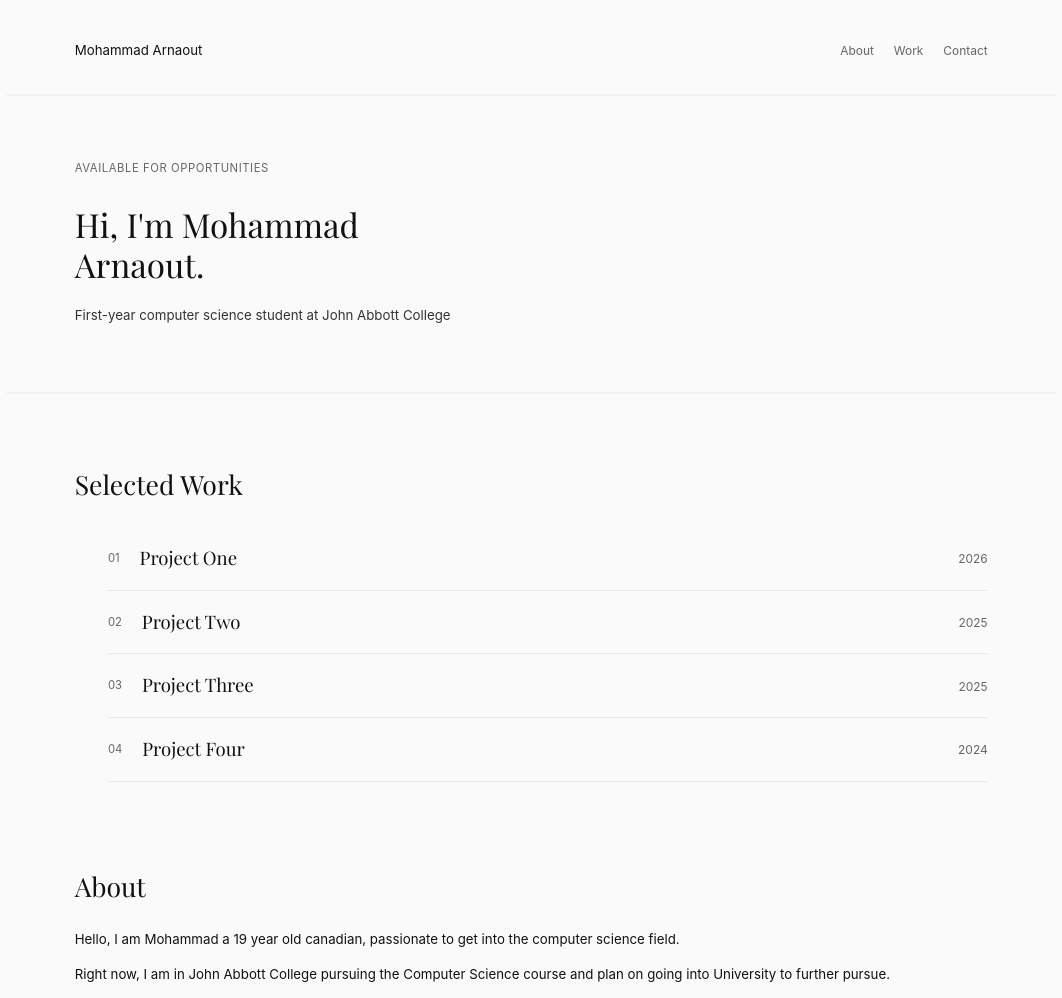
Repository: Moh-Arna/Moh-Arna
Page: index.html
An editor plug-in stored every save of this project. The page is shown before and after the next save, followed by the edit.
The browser window is 1280 px wide. The pictures show the whole page, at 83% of full size.
Some web fonts or font styles are not loaded; a fallback is used.

Above is the page before, as saved 2026-04-22 10:29:52.

### index.html
<!DOCTYPE html>
<html lang=""en>
<head>
  <meta charset="UTF-8">
  <meta name="viewport" content="width=device-width, initial-scale=1.0">
  <title>[Mohammad Arnaout] — Portfolio</title>

  <link rel="stylesheet" href="styles/globals.css">
  <link rel="stylesheet" href="styles/index.css">
</head>

<body>

    <header class="header">

    <div class="container header-inner">

        <a href="/" class="name">Mohammad Arnaout</a>

        <nav aria-label="Main Navigation">

            <ul class="nav">

                <li>
                    <a href="#about">About</a>
                </li>

                <li>
                    <a href="#work">Work</a>
                </li>

                <li>
                    <a href="#contact">Contact</a>
                </li>

            </ul>

        </nav>

    </div>

</header>

<main>

    <section class="hero">

        <div class="container">
            <p class="top-paragraph">Available for opportunities</p>
            <h1>Hi, I'm Mohammad Arnaout.</h1>
            <p class="bottom-paragraph">First-year computer science student at John Abbott College</p>
        </div>

    </section>

    <section class="work">

      <div class="container">

        <h2 class="section-title">Selected Work</h2>

        <ol class="work-list">

          <li>
            <a href="project-details.html" class="work-item">
              <span class="work-number">01</span>
              <span class="work-title">Project One</span>
              <span class="work-year">2026</span>
            </a>
          </li>

          <li>
            <a href="project-details.html" class="work-item">
              <span class="work-number">02</span>
              <span class="work-title">Project Two</span>
              <span class="work-year">2025</span>
            </a>
          </li>

          <li>
            <a href="project-details.html" class="work-item">
              <span class="work-number">03</span>
              <span class="work-title">Project Three</span>
              <span class="work-year">2025</span>
            </a>
          </li>

          <li>
            <a href="project-details.html" class="work-item">
              <span class="work-number">04</span>
              <span class="work-title">Project Four</span>
              <span class="work-year">2024</span>
            </a>
          </li>

        </ol>

      </div>

    </section>

    <section class="about">

        <div class="container">

            <h2 class="section-title">About</h2>

            <p>
                Hello, I am Mohammad a 19 year old canadian, passionate to get into the computer science field.
            </p>

            <p>
                Right now, I am in John Abbott College pursuing the Computer Science course and plan on going into University to further pursue.
            </p>

        </div>

    </section>


</main>

</body>

</html>

### styles/globals.css
@font-face {
  font-family: 'Playfair Display';
  src: url('../assets/fonts/Playfair_Display/PlayfairDisplay-VariableFont_wght.ttf') format('woff2');
  font-weight: 400;
  font-style: normal;
  font-display: swap;
}

@font-face {
  font-family: 'Playfair Display';
  src: url('../assets/fonts/Playfair_Display/PlayfairDisplay-Italic-VariableFont_wght.ttf') format('woff2');
  font-weight: 400;
  font-style: italic;
  font-display: swap;
}

@font-face {
  font-family: 'Inter';
  src: url('../assets/fonts/Inter/Inter-VariableFont_opsz\,wght.ttf') format('woff2');
  font-weight: 400;
  font-style: normal;
  font-display: swap;
}

@font-face {
  font-family: 'Inter';
  src: url('../assets/fonts/Inter/Inter-Italic-VariableFont_opsz\,wght.ttf') format('woff2');
  font-weight: 500;
  font-style: normal;
  font-display: swap;
}

:root{
    --bg:#fafafa;
    --text: #111;
    --muted: #666;
    --border: #e5e5e5;
}

body{
    font-family: 'Inter', sans-serif;
    background-color: var(--bg);
    color: var(--text);
    line-height: 1.6;
}

a{
  color: inherit;
  text-decoration: none;
}

h1, h2, h3{
    font-family: 'PlayFair Display', serif;
    font-weight: 400;
    line-height: 1.2;
}

ul, ol{
  list-style: none;
}

.container{
    max-width: 1100px;
    margin: 0 auto;
    padding: 0 1.5rem;
}

### styles/index.css
.header{
    padding: 1.5rem 0;
    border-bottom: 1px solid var(--border);
}

.header-inner{
    display: flex;
    justify-content: space-between;
    align-items: center;
}

.nav{
    display: flex;
    gap: 1.5rem;
}

.nav a{
    color: var(--muted);
    font-size: 0.9rem;
}

.nav a:hover{
    color: var(--text);
}


.hero {
    padding: 4rem 0.5rem;
}

.top-paragraph{
    font-size: 0.85rem;
    color: var(--muted);
    text-transform: uppercase;
    letter-spacing: 0.05em;
    margin-bottom: 1.5rem;
}

.hero h1{
    font-size: 2.5rem;
    margin-bottom: 1.5rem;
    max-width: 18ch;
}

.bottom-paragraph{
    color: #333;
    max-width: 50ch;
}

.work{
    padding: 4rem 0;
    border-top: 1px solid var(--border);
}

.section-title{
    font-size: 2rem;
    margin-bottom: 2rem;
}

.work-list li{
    border-bottom: 1px solid var(--border);
}

.work-item{
    display: flex;
    align-items: center;
    gap: 1.5rem;
    padding: 1.25rem 0;
    transition: padding 0.2s;
}

.work-item:hover{
    padding-left: 0.5rem;
}

.work-number{
    color: var(--muted);
    font-size: 0.85rem;
}

.work-title{
    font-family: 'Playfair Display', serif;
    font-size: 1.4rem;
    flex: 1;
}

.work-year{
    color: var(--muted);
    font-size: 0.9rem;
}

After the next save:
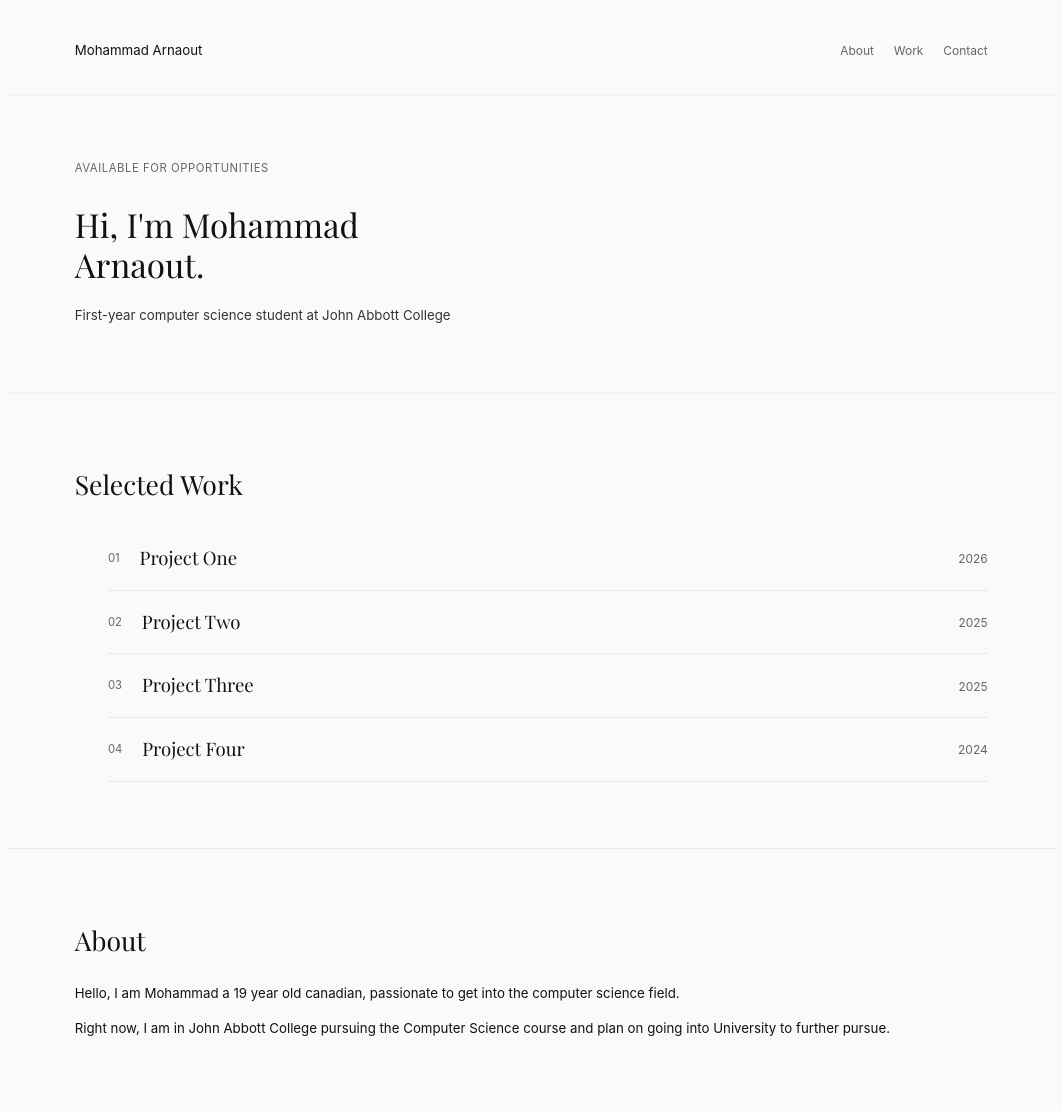
Saved 57 s later.
--- a/styles/index.css
+++ b/styles/index.css
@@ -88,3 +88,8 @@
     color: var(--muted);
     font-size: 0.9rem;
 }
+
+.about{
+    padding: 4rem 0;
+    border-top: 1px solid var(--border);
+}
